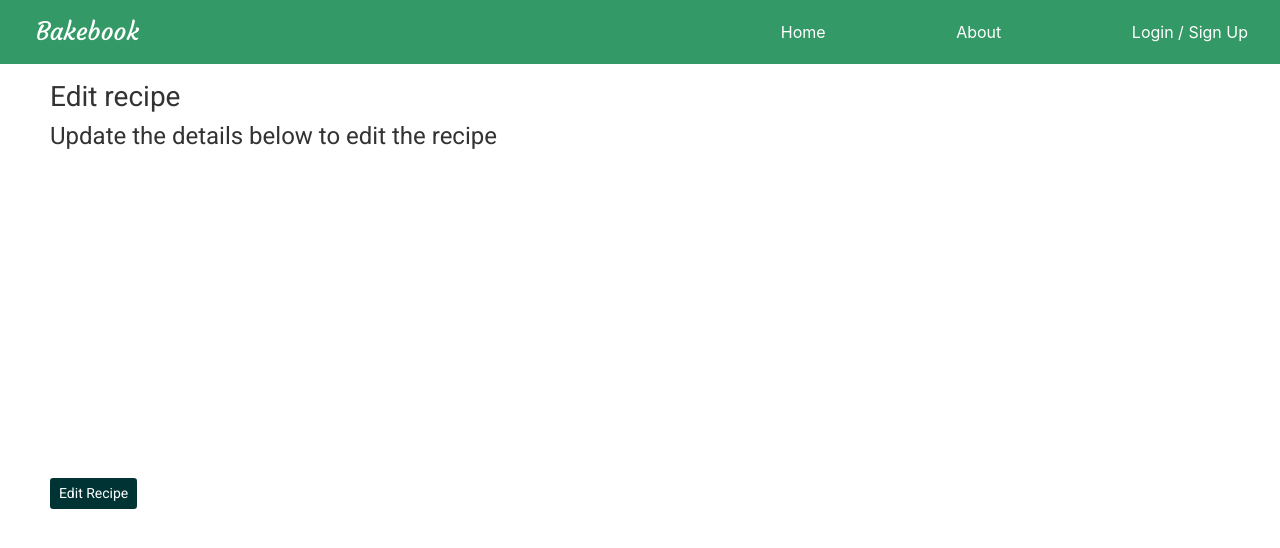
Repository: kmaaallen/bake_book
Page: templates/editrecipe.html
The author's editor kept a record of every edit. The page is drawn from the files as they stood at one moment, then again after the next edit.
The browser window is 1280 px wide. The pictures show the whole page.
Some web libraries are served in a nearby version. The template is drawn by Flask 3. The application's start-up code is not run. Other server files are loaded and not shown. The template is opened directly, without the code that normally fills it, so the values that code supplies are empty.

Above is the page before.

### templates/editrecipe.html
{% extends 'base.html' %} {% block content %}
<div class='form-container'>
    <h3>Edit recipe</h3>
    <h4>Update the details below to edit the recipe</h4>
    <form method="POST">
        {{ form.csrf_token }}
        <div>
        {{ form.recipe_title.label}}
        </div>
         <div class="input-div-width">
        {{ form.recipe_title }}
        </div>
        <div>
        {{ form.sub_title.label }}
        </div>
         <div class="input-div-width">
        {{ form.sub_title }}
        </div>
        <div>
        {{ form.recipe_url.label }}
        </div>
        <div class="input-div-width">
        {{ form.recipe_url}}
        </div>
        <img class="preview-image" id="edit_preview">
        <div>
       {{ form.makes.label }}
        </div>
        <div class="input-div-width">
        {{ form.makes(placeholder = "How many/much does this recipe make?") }}
        </div>
        <div>
        {{ form.takes.label }}
        </div>
         <div class="input-div-width">
        {{ form.takes(placeholder = "How long does this recipe take to make?") }}
        </div>
        {{ form.ingredients.label }}
        <a class="btn" id="addNewIngredient"><i class="material-icons">add</i></a>
        <div id="ingredients" class="input-div-width">
            {% for ingredient in form.ingredients.data %}
            <div><input required type='text' value='{{ingredient}}' class='ingredients' name='ingredients'></input></div>
            {% endfor %}
        </div>
        {{ form.method.label }}
        <a class="btn" id="addNewStep"><i class="material-icons">add</i></a>
        <div id="method" class="input-div-width">
            {% for step in form.method.data %}
            <div><textarea class='method' name='method'>{{step}}</textarea></div>
            {% endfor %}
        </div>
        <button class="btn btn-sm save-btn" type="submit">Edit Recipe</button>
    </form>
</div>

{% endblock %}

### templates/base.html
<!DOCTYPE html>
<html>

<head>
    <meta name="viewport" content="width=device-width, initial-scale=1">
    <title>BakeBook</title>
    <link href="https://fonts.googleapis.com/icon?family=Material+Icons" rel="stylesheet">
    <link rel="stylesheet" href="https://stackpath.bootstrapcdn.com/font-awesome/4.7.0/css/font-awesome.min.css" type="text/css" />
    <link rel="stylesheet" href="https://stackpath.bootstrapcdn.com/bootstrap/4.3.1/css/bootstrap.min.css">
    <link rel="stylesheet" href="{{url_for('static', filename='css/style.css')}}" type="text/css" />
    <link rel="shortcut icon" type="image/x-icon" href="static/favicon.ico">
</head>

<body>
    <!-- mobile nav -->
    <nav class="mobile-nav navbar fixed-top">
        <a class="navbar-brand" href="https://bake-book-milestone.herokuapp.com/">Bakebook</a>
        <div class="dropdown hidden-md-up">
            <ul class="nav-ul">
                <li class="nav-item dropdown-mobile">
                    <a class="nav-link mobile-dropdown dropdown" href="#" id="navbarDropdownMobileLink" role="button" data-toggle="dropdown" aria-haspopup="true" aria-expanded="false">
<i class="fa fa-bars"></i>
</a>
                    <div class="dropdown-menu mobile-menu dropdown-menu-right" aria-labelledby="navbarDropdownMobileLink">
                        <a class="dropdown-item" href="{{url_for('show_recipes')}}">Home</a>
                        <a class="dropdown-item" href="{{url_for('about')}}">About</a> {% if session['logged_in'] %}
                        <a class="dropdown-item" href="{{url_for('submit_recipe')}}">Submit a recipe</a>
                        <a class="dropdown-item" href="{{url_for('my_recipes')}}">My Recipes</a>
                        <a class="dropdown-item" href="{{url_for('my_saved_recipes')}}">My Saved Recipes</a>
                        <a class="dropdown-item" href="{{url_for('logout')}}">Logout</a> {% else %}
                        <a class="nav-link" href="{{url_for('login')}}">Login / Sign Up</a> {% endif %}
                    </div>
                </li>
            </ul>
        </div>
    </nav>
    <!--Main Nav Section -->
    <nav class="main-nav navbar fixed-top hidden-sm-down">
        <ul class="nav-ul">
            <li class="nav-item">
                <a class="navbar-brand" href="https://bake-book-milestone.herokuapp.com/">Bakebook</a>
            </li>
        </ul>
        <div class="main-nav-menu">
            <ul class="nav-ul">
                <li class="nav-item">
                    <a class="nav-link" href="{{url_for('show_recipes')}}">Home</a>
                </li>
                <li class="nav-item">
                    <a class="nav-link" href="{{url_for('about')}}">About</a>
                </li>
                {% if session['logged_in'] %}
                <li>
                    <a href="{{url_for('submit_recipe')}}">Submit a recipe</a>
                </li>
                <li class="nav-item dropdown">
                    <a class="nav-link dropdown-toggle" href="#" id="navbarDropdownMenuLink" role="button" data-toggle="dropdown" aria-haspopup="true" aria-expanded="false">
{{ session['username'] }}
</a>
                    <div class="dropdown-menu dropdown-menu-right dropdown-main-nav" aria-labelledby="navbarDropdownMenuLink">
                        <a class="dropdown-item" href="{{url_for('my_recipes')}}">My Recipes</a>
                        <a class="dropdown-item" href="{{url_for('my_saved_recipes')}}">My Saved Recipes</a>
                        <a class="dropdown-item" href="{{url_for('logout')}}">Logout</a>
                    </div>
                </li>
            </ul>
            {% else %}
            <a class="nav-link" href="{{url_for('login')}}">Login / Sign Up</a> {% endif %}
        </div>
    </nav>

    {% with messages = get_flashed_messages() %} {% if messages %} {% for message in messages %}
    <div class="alert alert-warning alert-dismissible" role="alert">
        {{message}}
    </div>
    {% endfor %} {% endif %} {% endwith %} {% block content %} {% endblock %}
    <script src="https://cdnjs.cloudflare.com/ajax/libs/jquery/3.2.1/jquery.min.js"></script>
    <script src="https://stackpath.bootstrapcdn.com/bootstrap/4.3.1/js/bootstrap.min.js"></script>
    <script src="/static/javascript/script.js"></script>
</body>

</html>

### static/css/style.css
@import url('https://fonts.googleapis.com/css?family=Courgette|Roboto&display=swap');

/* Main style */
body{
    color:#333333;
}

.row{
    margin-left:15px;
    margin-right:15px;
}

a{
    color:#ffffff;
}

a:hover {
    color: #003333;
    text-decoration:none;
}

a:not([href]):not([tabindex]) {
    color:#ffffff;
}

.alert-warning {
    color: #856404;
    background-color: #fff3cd;
    border-color: #ffeeba;
    margin-top: 50px;
    margin-bottom: -50px;
}

/* error page style */
.error-page{
    margin-left:100px;
    margin-top:100px;
    margin-right:100px;
}

.error-home-link{
    color:#339966;
}

/* Page header styling*/
.page-header{
    margin-top:80px;
    margin-left:25px;
}

.home-page-header{
    font-size:20px;
    text-decoration: none;
    text-align: center;
    margin-left: auto;
    margin-right: auto;
    width: 100%;
}

/* Nav styling */

.navbar{
    background-color: #339966;
    list-style:none;
    margin-bottom:10px;
}

.navbar-brand{
    padding-left: 20px;
    font-family: 'Courgette';
    color: #ffffff;
    font-size:25px;
}

.navbar-brand:hover{
    color:#003333;
}

.main-nav-menu {
    display: inline-flex;
    width: 40%;
    justify-content: space-between;
    align-items: baseline;
}

.nav-ul {
    list-style: none;
    display: contents;
}

/*Styling for nav menu dropdown*/

.dropdown-menu, .dropdown-item, .nav-link{
    background-color:#339966;
    color:#ffffff;
}

.dropdown-item:focus, .dropdown-item:hover {
    color: #003333;
    text-decoration: none;
    background-color: #339966;
}

.dropdown-menu-right{
    right: -23px;
}

/* Recipes homepage style */
.display-recipes{
    justify-content:center;
}

.input-field{
    margin-right: auto;
    margin-left: auto;
    display: flex;
    justify-content: center;
}

.search-bar {
    background-color: #cccccc;
    width: 95%;
    margin-top: 10px;
}

.search-bar:focus {
    outline: none;
}

.search-form-top{
    margin-top: 80px;
}

.search-form{
    width: 100%;
    height:50px;
}

.search-btn {
    background-color: #339966;
    color: #ffffff;
    height: 24px;
    margin-left: 5px;
    padding: 0px;
    transform: translateY(12px);
}

.card-img-top{
    height: 250px;
    object-fit: cover;
}

.card-text {
    min-height: 100px;
    font-size: larger;
}

.card-title{
    min-height:120px;
}

.view-recipe-btn{
    color: #fff;
    background-color: #339966;
    border-color: #339966;
}

/* Recipecard template styling */

.recipe-container{
    padding-left:20px;
    font-family: 'Roboto';
    margin-top:100px;
}

.method-ingredient-title{
    text-decoration: underline;
}

.btn.save-btn{
    background-color:#003333;
    color:#ffffff;
    margin-top:30px;
}

.btn:focus {
    outline: 0;
    box-shadow: 0 0 0 0.2rem #cccccc;
}

.full-recipe-card{
    width:100%;
    margin-bottom: 20px;
    border: 0px solid rgba(0,0,0,0);
}

.full-recipe-card-top{
    height:500px;
    object-fit: cover;
}

.full-recipe-card-body{
    height: 60px;
}

.icon-star{
    transform: translateY(4px);
}

/* Submit / Edit  recipe form styling */

.helper-text{
    color:#cccccc;
    font-size: 16px;
}

.textarea-add-btn {
    transform: translateY(-10px);
}

.add-btn {
    background-color: #339966;
    color: #ffffff;
    height: 24px;
    margin-left: 5px;
    padding: 0px;
}

.form-container{
    padding-right: 20px;
    font-family: 'Roboto';
    max-width: 90%;
    margin-top:80px;
    margin-left:50px;
}

input{
    width:90%;
    box-shadow: none;
    margin-bottom: 10px;
    border: solid 1px #cccccc;
    padding-left:10px;
}

input:focus, textarea:focus{
    outline-color:#cccccc;
}

.extra-input{
    width: 80%;
}

.input-div-width{
    width: 100%;
}

textarea {
    overflow: auto;
    resize: vertical;
    width: 90%;
    height: 28px;
    border-color: #cccccc;
}

.label{
    color: #339966;
}


/* about page styling */
.about-page{
    margin-left:50px;
    margin-top:100px;
}

.about-text, .about-header{
    margin-left:-26px;
}

.jumbotron-fluid{
    background-image:url('https://c.pxhere.com/images/41/f2/9cae19e4045f684f3c3b9eeb1bc7-1455763.jpg!d');
    height:400px;
    background-size:cover;
    margin: -55px -55px 20px -55px;
}

.mailto {
    color: #339966;
}

/*login page styling*/
.signup{
    color:#339966;
}

.invalid-message{
    margin-left:50px;
}

/* My Recipes style */

.delete-recipe-btn{
    margin-top:10px;
    background-color:#333333;
    border-color: #333333;
}

.delete-recipe-btn:hover{
    color:#cccccc;
}

.preview-image, .submit-preview-image{
    height:200px;
}

/* Media Queries */
@media (max-width: 992px){
    .main-nav{
        display:none;
    }
    .btn.save-btn{
        margin-top:60px;
    }
    .textarea-add-btn{
        margin-top:10px;
    }
}
@media (min-width:992px) {
    .extra-input {
        width: 90%;
    }
}

### static/javascript/script.js
 //functions to add and remove extra inputs for method and ingredients
 function removeInput(e) {
     e.parentElement.remove(e.parentElement);
 }

 function addIngredient() {
     var newInput = $("<div><input required type='text' value='' class='ingredients extra-input' name='ingredients'></input><a class='btn add-btn' onClick='removeInput(this)'><i class='material-icons'>delete</i></a><a class='btn add-btn' onClick='addIngredient()'><i class='material-icons'>add</i></a></div>")
     $("#ingredients").append(newInput);
 }

 function addStep() {
     var newInput = $("<div><textarea value='' class='method extra-input' name='method'></textarea><a class='btn add-btn textarea-add-btn' onClick='removeInput(this)'><i class='material-icons'>delete</i></a><a class='btn add-btn textarea-add-btn' onClick='addStep()'><i class='material-icons'>add</i></a></div>")
     $("#method").append(newInput);
 }

 // show recipe url preview if not empty
 function showEditPreview() {
  var new_url = document.getElementById('recipe_url').value;
  if (document.getElementById('recipe_url').value != "") {
   document.getElementById('edit-preview').src = new_url;
  }
  else {
   document.getElementById('edit-preview').src = '/static/images/default.png';
  }
 }

 function showSubmitPreview() {
  var new_url = document.getElementById('recipe_url').value;
  if (document.getElementById('recipe_url').value != "" && document.getElementById("recipe_url").value.toLowerCase().endsWith('.jpg')) {
   document.getElementById('submit-preview').src = new_url;
  }
  else {
   document.getElementById('submit-preview').src = "/static/images/default.png";
  }
 }

 $(document).ready(function() {
  // if recipe_url field is present call showPreview
  if (document.getElementById('edit-preview')) {
   showEditPreview();
   document.getElementById('recipe_url').addEventListener('change', showEditPreview);
  }
  else if (document.getElementById('submit-preview')) {
   showSubmitPreview();
   document.getElementById('recipe_url').addEventListener('change', showSubmitPreview);
  }
 });

After the next edit:
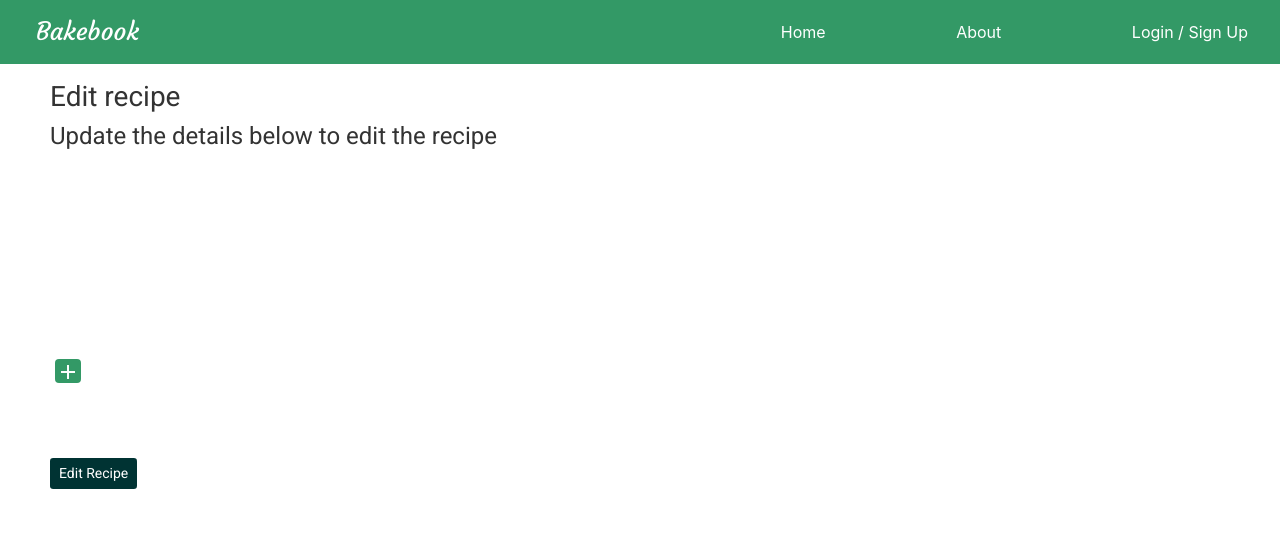
The edit:
--- a/templates/editrecipe.html
+++ b/templates/editrecipe.html
@@ -36,7 +36,7 @@
         {{ form.takes(placeholder = "How long does this recipe take to make?") }}
         </div>
         {{ form.ingredients.label }}
-        <a class="btn" id="addNewIngredient"><i class="material-icons">add</i></a>
+        <a class="btn add-btn" id="addNewIngredient"><i class="material-icons">add</i></a>
         <div id="ingredients" class="input-div-width">
             {% for ingredient in form.ingredients.data %}
             <div><input required type='text' value='{{ingredient}}' class='ingredients' name='ingredients'></input></div>
